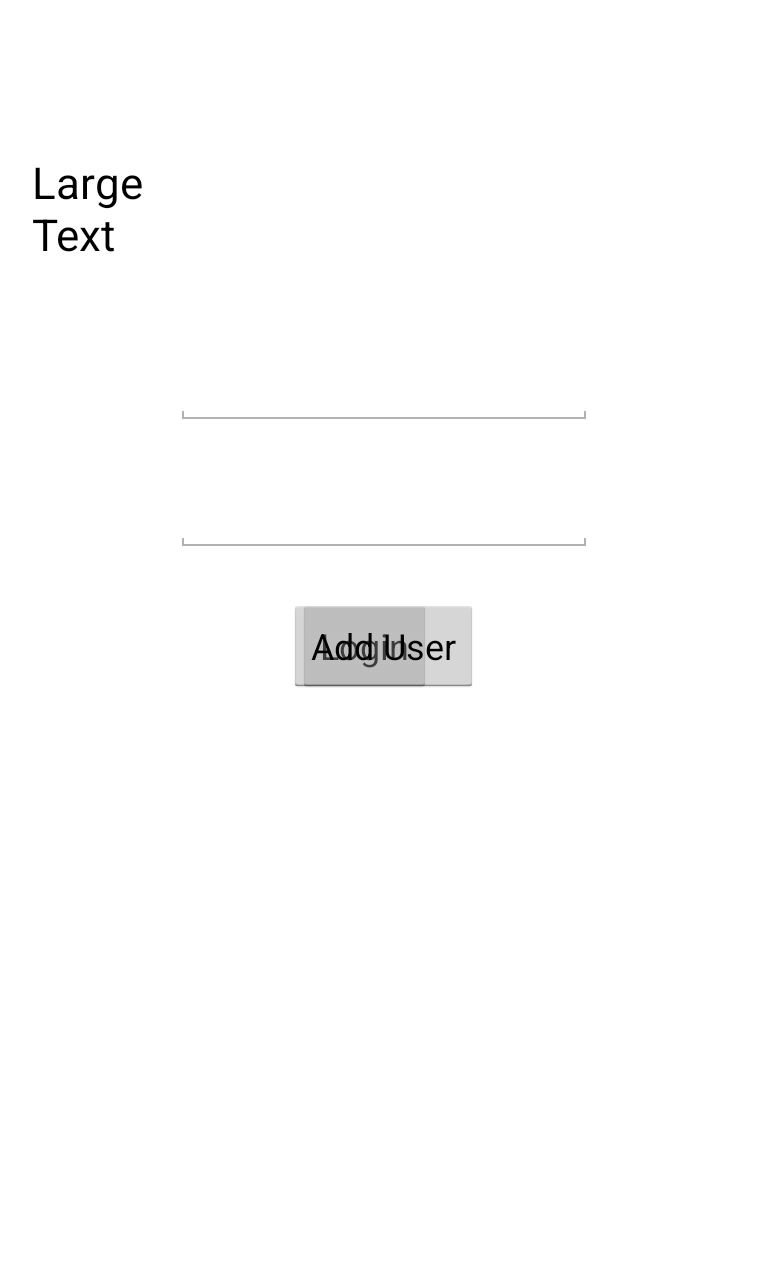
Repository: LeBenHL/CS169WarmUp
Layout: android/HelloWorld/res/layout/activity_main.xml
An editor plug-in stored every save of this project. The layout is shown before and after the next save, followed by the edit.
It is drawn on a 768 x 1280 px phone screen (xhdpi) without system bars, with theme AppTheme; the app's code is not run.

Above is the layout before, as saved 2013-02-16 23:47:32.

After the next save:
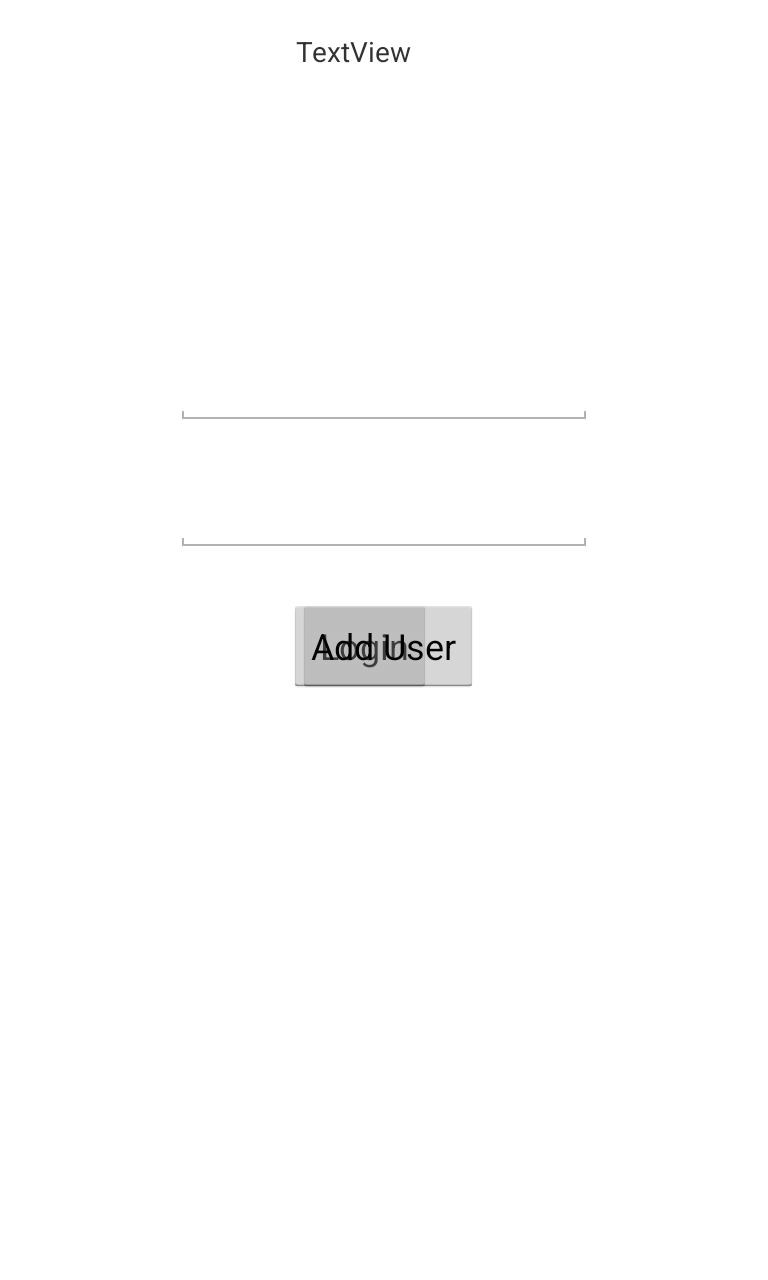
Saved 2 min 28 s later.
--- a/android/HelloWorld/res/layout/activity_main.xml
+++ b/android/HelloWorld/res/layout/activity_main.xml
@@ -52,10 +52,10 @@
         android:id="@+id/textView1"
         android:layout_width="wrap_content"
         android:layout_height="wrap_content"
+        android:layout_alignBottom="@+id/user"
+        android:layout_alignLeft="@+id/Login"
         android:layout_alignParentTop="true"
-        android:layout_marginTop="60dp"
-        android:layout_toLeftOf="@+id/user"
-        android:text="Large Text"
-        android:textAppearance="?android:attr/textAppearanceLarge" />
+        android:layout_alignRight="@+id/AddUser"
+        android:text="TextView" />
 
 </RelativeLayout>
